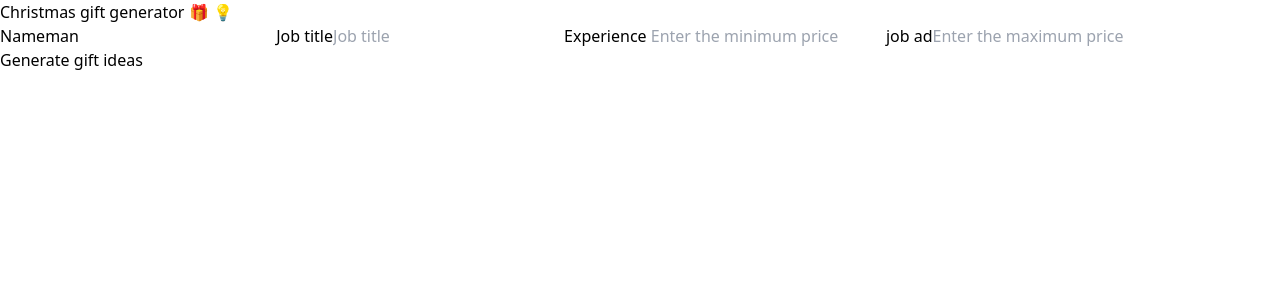
Repository: hamza-mastar/chatgpt-jpbad
Page: /
These files come from the project's save history. The page is drawn as it stood at one moment and after a run of saves; the edit follows.
The browser window is 1280 px wide. The pictures show the whole page.
The project was rebuilt for these pictures with package versions that can differ from the ones it lists, and the page was loaded fresh each time. The framework's server and built-in components were replaced by stand-ins that run in the browser.

Above is the page before, as saved 2023-01-30 02:09:23.

### pages/index.js
import Head from 'next/head';
import React from 'react';
import { useState } from 'react';
import styles from './index.module.css';
import Typed from 'react-typed'
// import './gifts.css'




export default function Home() {
  const [name, setName] = useState('man');
  const [job_title, setJob_title] = useState("");
  const [experience, setExperience] = useState("");
  const [job_ad, setJob_ad] = useState("");

  const [loading, setLoading] = useState(false);

  const [result, setResult] = useState('');

  async function onSubmit(event) {
    event.preventDefault();
    if (loading) {
      return;
    }
    setLoading(true);
    setResult('hamza');
    const response = await fetch('/api/generate-gifts', {
      method: 'POST',
      headers: {
        'Content-Type': 'application/json',
      },
      body: JSON.stringify({ name, job_title, experience, job_ad}),
    });
    const data = await response.json();
    setResult(data.result.replaceAll('\n', '<br />'));
    setLoading(false);
  }


  return (
    <>
    <div className=" hamza flex relative sm:flex-col md:flex-col">
    <div className=" w-full lg:w-1/2 relative  ">
    <div className="  h-full px-5 sm:px-6 bg-white" >
    <div className="h-full w-full max-w-xl mx-auto flex flex-col after:mt-auto after:flex-1">
    <header className= "sm:flex-1 mt-10 flex mb-auto sm:py-10 pt-6 items-center sm:justify-between flex-col sm:flex-row">
    <div className="flex items-center justify-between h-24 md:h-20">


    <div>
      <Head>
        <title>OpenAI Quickstart</title>
        <link rel="icon" href="/dog.png" />
      </Head>

      <main className={styles.main}>
        <h3 className=' bg-black' >Christmas gift generator 🎁 💡</h3>
        <form  onSubmit={onSubmit}>
          <label>Name</label>
          <input
            type="text"
            name="name"
            placeholder="Enter the Name"
            value={name}
            onChange={(e) => setName(e.target.value)}
          />


          <label>Job title</label>
          <input
            type="text"
            name="job_title"
            placeholder="Job title"
            value={job_title}
            onChange={(e) => setJob_title(e.target.value)}
          />

          <label>Experience </label>
          <input
            type="text"
            name="experience"
            placeholder="Enter the minimum price"
            value={experience}
            onChange={(e) => setExperience(e.target.value)}
          />

          <label> job ad</label>
          <input
            type="text"
            name="job_ad"
            placeholder="Enter the maximum price"
            value={job_ad}
            onChange={(e) => setJob_ad(e.target.value)}
          />



          <input type="submit" value="Generate gift ideas" />
        </form>
        {loading && (
          <div>
            <h3>Looking for the best gift ideas 🎁 💡</h3>
            <img src="/loading.gif" className={styles.loading} />
          </div>
        )}
        <div
          className={styles.result}
          dangerouslySetInnerHTML={{ __html: result }}


        />




      </main>
      </div>
    </div>
    </header>
    </div>
    </div>
    </div>
    </div>

    </>
  );
}
// Name Job_title Experience job_ad

Loaded but not shown: pages/index.module.css (common file); tailwind.config.js (common file)

After the next 2 saves:
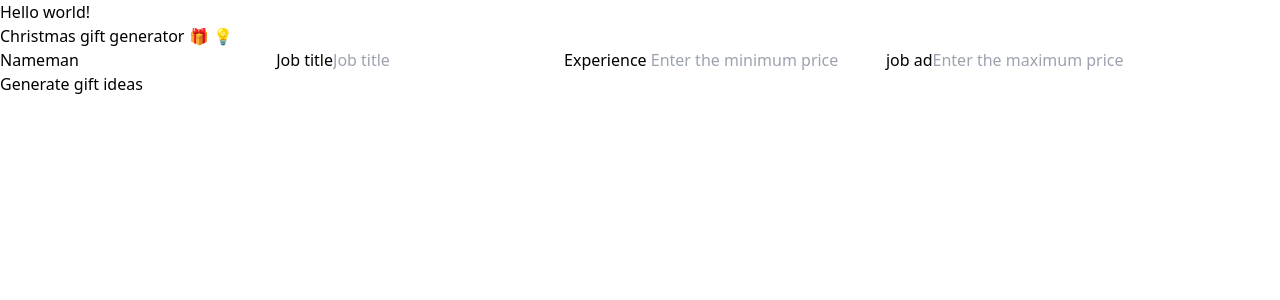
The 2 saves are shown as one change because 1 did not build or start.
The last was saved 51 s later.
--- a/pages/index.js
+++ b/pages/index.js
@@ -40,12 +40,9 @@ export default function Home() {
 
   return (
     <>
-    <div className=" hamza flex relative sm:flex-col md:flex-col">
-    <div className=" w-full lg:w-1/2 relative  ">
-    <div className="  h-full px-5 sm:px-6 bg-white" >
-    <div className="h-full w-full max-w-xl mx-auto flex flex-col after:mt-auto after:flex-1">
-    <header className= "sm:flex-1 mt-10 flex mb-auto sm:py-10 pt-6 items-center sm:justify-between flex-col sm:flex-row">
-    <div className="flex items-center justify-between h-24 md:h-20">
+   <h1 className="text-3xl font-bold underline">
+      Hello world!
+    </h1>
 
 
     <div>
@@ -55,7 +52,7 @@ export default function Home() {
       </Head>
 
       <main className={styles.main}>
-        <h3 className=' bg-black' >Christmas gift generator 🎁 💡</h3>
+        <h3  >Christmas gift generator 🎁 💡</h3>
         <form  onSubmit={onSubmit}>
           <label>Name</label>
           <input
@@ -116,12 +113,8 @@ export default function Home() {
 
       </main>
       </div>
-    </div>
-    </header>
-    </div>
-    </div>
-    </div>
-    </div>
+
+
 
     </>
   );
